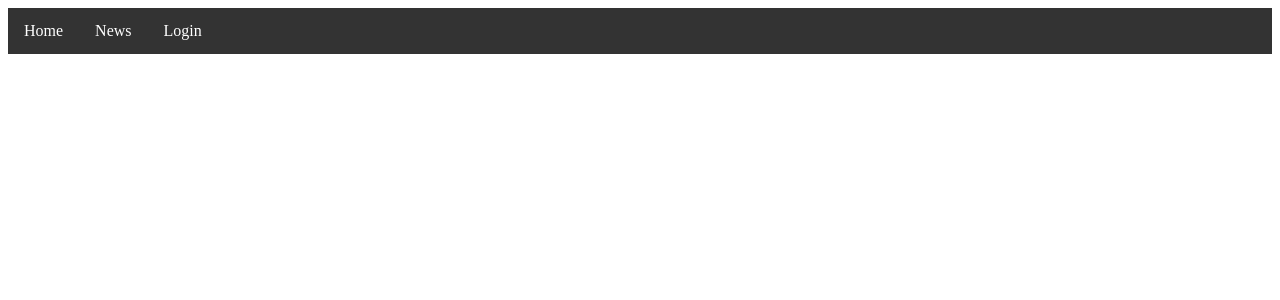
Repository: ManuArugollu1/meetingoraganizer1
Page: http://localhost/Meeting_Organizer/
These files come from the project's save history. The page is drawn as it stood at one moment and after the next save; the edit follows.
The browser window is 1280 px wide. The pictures show the whole page.
The page is served by Tomcat 9. Other server files are loaded and not shown.

Above is the page before, as saved 2019-10-01 06:05:11.

### Meeting Organizer/WebContent/index.jsp
<%@ page language="java" contentType="text/html; charset=ISO-8859-1"
    pageEncoding="ISO-8859-1"%>
<!DOCTYPE html>
<html>
<head>
<style>
ul {
  list-style-type: none;
  margin: 0;
  padding: 0;
  overflow: hidden;
  background-color: #333;
}

li {
  float: left;
}

li a, .dropbtn {
  display: inline-block;
  color: white;
  text-align: center;
  padding: 14px 16px;
  text-decoration: none;
}

li a:hover, .dropdown:hover .dropbtn {
  background-color: red;
}

li.dropdown {
  display: inline-block;
}

.dropdown-content {
  display: none;
  position: absolute;
  background-color: #f9f9f9;
  min-width: 160px;
  box-shadow: 0px 8px 16px 0px rgba(0,0,0,0.2);
  z-index: 1;
}

.dropdown-content a {
  color: black;
  padding: 12px 16px;
  text-decoration: none;
  display: block;
  text-align: left;
}

.dropdown-content a:hover {background-color: #f1f1f1;}

.dropdown:hover .dropdown-content {
  display: block;
}
</style>
</head>
<body>

<ul>
  <li><a class="active" href="#home">Home</a></li>
  <li><a href="#news">News</a></li>
  <li class="dropdown">
    <a href="javascript:void(0)" class="dropbtn">Login</a>
    <div class="dropdown-content">
      <a href="AdminLogin.jsp">Admin</a>
      <a href="Login.jsp">Organizer</a>

    </div>
  </li>
</ul>



</body>
</html>

After the next save:
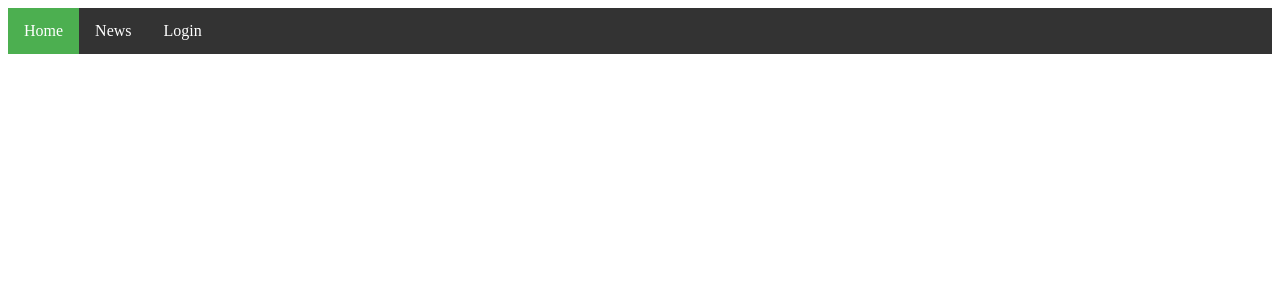
Saved 2 min 20 s later.
--- a/Meeting Organizer/WebContent/index.jsp
+++ b/Meeting Organizer/WebContent/index.jsp
@@ -48,6 +48,9 @@ li.dropdown {
   display: block;
   text-align: left;
 }
+.active {
+  background-color: #4CAF50;
+}
 
 .dropdown-content a:hover {background-color: #f1f1f1;}
 
